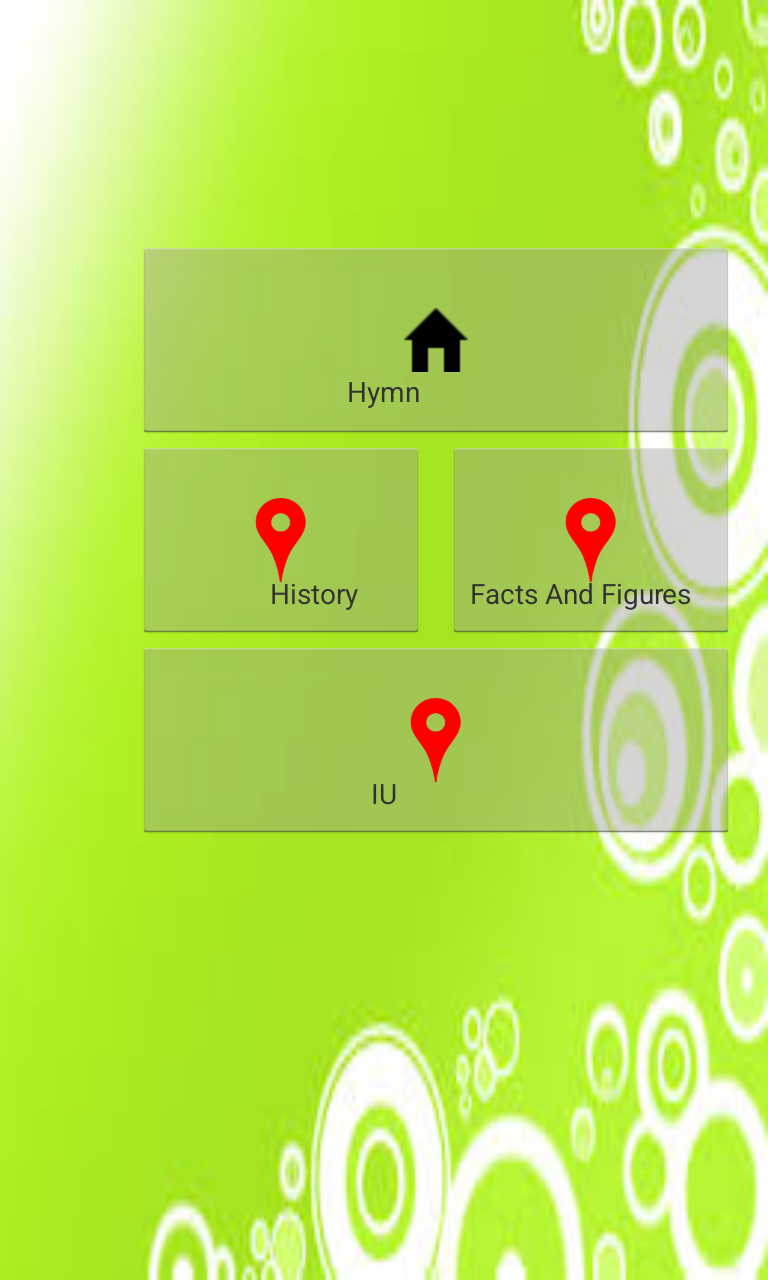
Repository: thoniemarie/TourdanetaGuide
Layout: Tourdaneta/Tourdaneta/res/layout/activity_home.xml
The author's editor kept a copy of each file at every save. The layout is drawn from the files as they stood at one save, then again after the next save.
It is drawn on a 768 x 1280 px phone screen (xhdpi) without system bars, with theme AppTheme; the app's code is not run.

Above is the layout before, as saved 2014-09-07 04:46:15.

### Tourdaneta/Tourdaneta/res/layout/activity_home.xml
<RelativeLayout xmlns:android="http://schemas.android.com/apk/res/android"
    xmlns:tools="http://schemas.android.com/tools"
    android:layout_width="match_parent"
    android:layout_height="match_parent"
    android:background="@drawable/bg1"
    android:paddingBottom="@dimen/activity_vertical_margin"
    android:paddingLeft="@dimen/activity_horizontal_margin"
    android:paddingRight="@dimen/activity_horizontal_margin"
    android:paddingTop="@dimen/activity_vertical_margin"
    tools:context=".HomeActivity" >

    <ImageButton
        android:id="@+id/imageButton3"
        android:layout_width="145dp"
        android:layout_height="100dp"
        android:layout_alignRight="@+id/imageButton1"
        android:layout_below="@+id/imageButton1"
        android:src="@drawable/ic_launcher" />

    <ImageButton
        android:id="@+id/imageButton2"
        android:layout_width="145dp"
        android:layout_height="100dp"
        android:layout_alignLeft="@+id/imageButton1"
        android:layout_alignTop="@+id/imageButton3"
        android:src="@drawable/ic_launcher" />

    <ImageButton
        android:id="@+id/imageButton1"
        android:layout_width="300dp"
        android:layout_height="100dp"
        android:layout_alignParentRight="true"
        android:layout_alignParentTop="true"
        android:layout_marginTop="104dp"
        android:src="@drawable/home" />

    <TextView
        android:id="@+id/textView3"
        android:layout_width="wrap_content"
        android:layout_height="wrap_content"
        android:layout_alignBaseline="@+id/textView2"
        android:layout_alignBottom="@+id/textView2"
        android:layout_alignRight="@+id/imageButton3"
        android:layout_marginRight="22dp"
        android:text="Facts And Figures" />

    <ImageButton
        android:id="@+id/imageButton4"
        android:layout_width="300dp"
        android:layout_height="100dp"
        android:layout_alignLeft="@+id/imageButton2"
        android:layout_below="@+id/imageButton3"
        android:src="@drawable/ic_launcher" />

    <TextView
        android:id="@+id/textView4"
        android:layout_width="wrap_content"
        android:layout_height="wrap_content"
        android:layout_alignBottom="@+id/imageButton4"
        android:layout_centerHorizontal="true"
        android:layout_marginBottom="14dp"
        android:text="IU" />

    <TextView
        android:id="@+id/textView2"
        android:layout_width="wrap_content"
        android:layout_height="wrap_content"
        android:layout_alignBottom="@+id/imageButton2"
        android:layout_marginBottom="14dp"
        android:layout_marginRight="44dp"
        android:layout_toLeftOf="@+id/imageButton3"
        android:text="History" />

    <TextView
        android:id="@+id/textView1"
        android:layout_width="wrap_content"
        android:layout_height="wrap_content"
        android:layout_alignBottom="@+id/imageButton1"
        android:layout_centerHorizontal="true"
        android:layout_marginBottom="15dp"
        android:text="Hymn" />

</RelativeLayout>

Loaded but not shown: Tourdaneta/Tourdaneta/res/values/styles.xml (common file); Tourdaneta/Tourdaneta/res/values-v11/styles.xml (common file); Tourdaneta/Tourdaneta/res/values-v14/styles.xml (common file); Tourdaneta/Tourdaneta/res/values/dimens.xml (common file); Tourdaneta/Tourdaneta/res/values-w820dp/dimens.xml (common file)

After the next save:
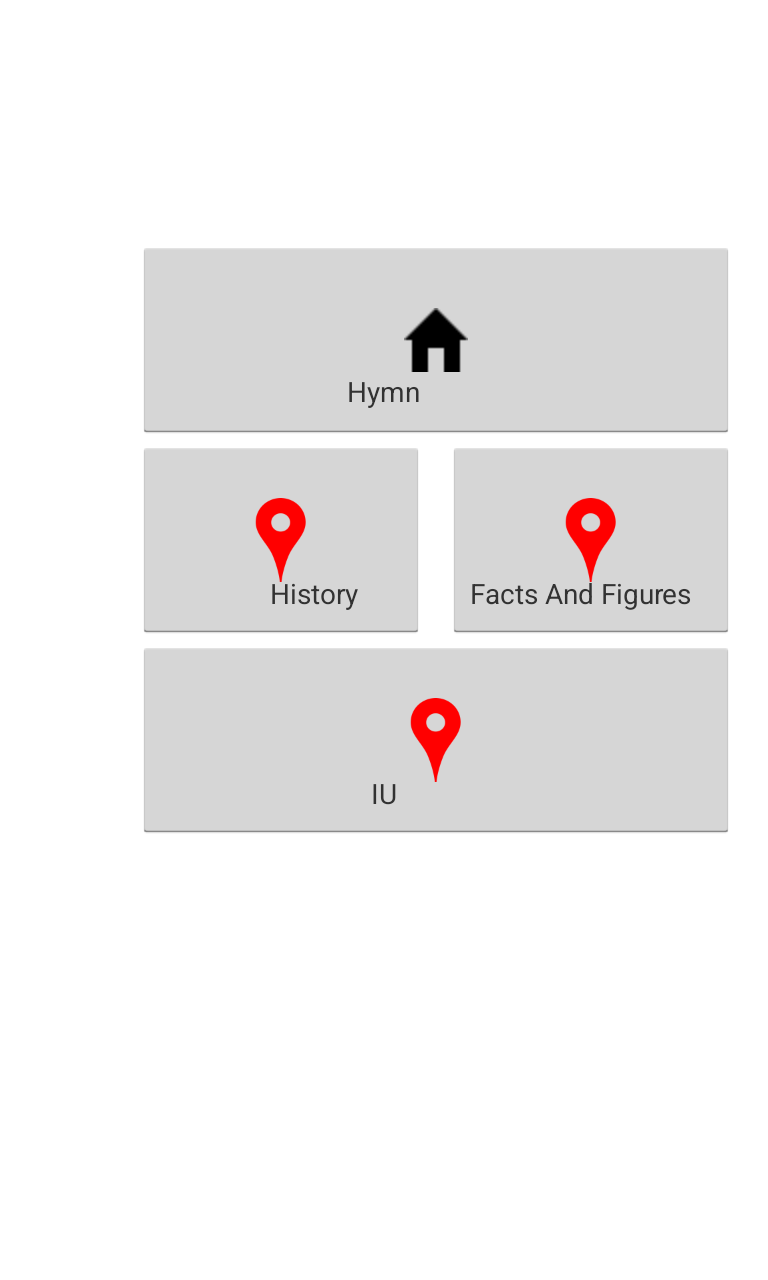
Saved 2 min 17 s later.
--- a/Tourdaneta/Tourdaneta/res/layout/activity_home.xml
+++ b/Tourdaneta/Tourdaneta/res/layout/activity_home.xml
@@ -2,7 +2,7 @@
     xmlns:tools="http://schemas.android.com/tools"
     android:layout_width="match_parent"
     android:layout_height="match_parent"
-    android:background="@drawable/bg1"
+
     android:paddingBottom="@dimen/activity_vertical_margin"
     android:paddingLeft="@dimen/activity_horizontal_margin"
     android:paddingRight="@dimen/activity_horizontal_margin"
